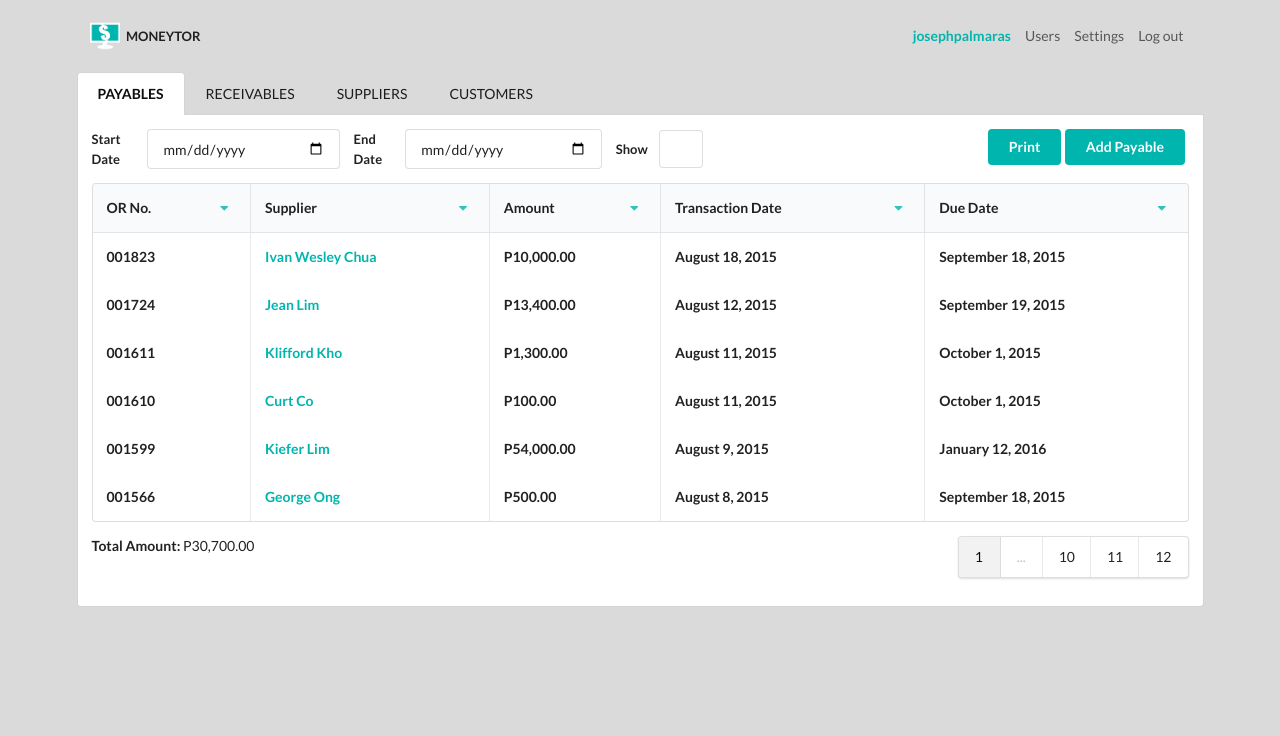
Repository: TV5/MoneyTor
Page: Workspace/MoneyTor/war/main.html
An editor plug-in stored every save of this project. The page is shown before and after the next save, followed by the edit.
The browser window is 1280 px wide. The pictures show the whole page.

Above is the page before, as saved 2015-08-19 14:44:20.

### Workspace/MoneyTor/war/main.html
<!DOCTYPE html>
<html>
<head>
  <!-- Standard Meta -->
  <meta charset="utf-8" />
  <meta http-equiv="X-UA-Compatible" content="IE=edge,chrome=1" />
  <meta name="viewport" content="width=device-width, initial-scale=1.0, maximum-scale=1.0">

  <!-- Site Properities -->
  <title>Main Page</title>
  <link rel="stylesheet" type="text/css" href="../dist/components/reset.css">
  <link rel="stylesheet" type="text/css" href="../dist/components/site.css">

  <link rel="stylesheet" type="text/css" href="../dist/components/container.css">
  <link rel="stylesheet" type="text/css" href="../dist/components/grid.css">
  <link rel="stylesheet" type="text/css" href="../dist/components/header.css">
  <link rel="stylesheet" type="text/css" href="../dist/components/image.css">
  <link rel="stylesheet" type="text/css" href="../dist/components/menu.css">

  <link rel="stylesheet" type="text/css" href="../dist/components/divider.css">
  <link rel="stylesheet" type="text/css" href="../dist/components/segment.css">
  <link rel="stylesheet" type="text/css" href="../dist/components/form.css">
  <link rel="stylesheet" type="text/css" href="../dist/components/input.css">
  <link rel="stylesheet" type="text/css" href="../dist/components/button.css">
  <link rel="stylesheet" type="text/css" href="../dist/components/list.css">
  <link rel="stylesheet" type="text/css" href="../dist/components/message.css">
  <link rel="stylesheet" type="text/css" href="../dist/components/icon.css">
  <link rel="stylesheet" type="text/css" href="../dist/components/tab.min.css">
  <link rel="stylesheet" type="text/css" href="../dist/components/table.min.css">
  <link rel="stylesheet" type="text/css" href="../dist/components/modal.min.css">
  <link rel="stylesheet" type="text/css" href="../dist/components/dimmer.min.css">
  <link rel="stylesheet" type="text/css" href="../dist/components/transition.min.css">
  <script src="assets/library/jquery.min.js"></script>
  <script src="../dist/components/form.js"></script>
  <script src="../dist/components/transition.js"></script>
  <script src="../dist/components/tab.min.js"></script>
  <script src="../dist/components/modal.min.js"></script>
  <script src="../dist/components/dimmer.min.js"></script>
  <script src="../dist/components/transition.min.js"></script>

  <style type="text/css">
    body {
      background-color: #DADADA;
    }
    body > .grid {
      height: 100%;
    }
    .image {
      margin-top: -100px;
    }
    .column {
      max-width: 450px;
    }
    .firstmenu {
    	padding-left: 20px;
    	padding-right: 20px;
    	padding-top: 0px;
    }
    a {
    	color: #00b5ad;
    }
    .link {
    	color: #00b5ad !important;
    }
  </style>
</head>
<body>


<div class="ui container">
	<div class="ui text menu firstmenu" width="100%">
	  <img src="assets/images/logo.png" style="width:30px;height:30px;margin-top:5px">
	  <div class="header item">MONEYTOR </div>


	  <div class="right menu">
	   <a class="item link">
	     <b>josephpalmaras</b>
	   </a>
	   <a class="item">
	     Users
	   </a>
	   <a id="settingsLink" class="item">
	     Settings
	   </a>
	   <a class="ui item">
	      Log out
	    </a>
	  </div>

	</div>
	<div class="ui top attached tabular menu">
	  <a data-tab="payablesTab" class="item active" >
	    PAYABLES
	  </a>
	  <a data-tab="receivablesTab" class="item">
	    RECEIVABLES
	  </a>
	  <a data-tab="suppliersTab" class="item">
	    SUPPLIERS
	  </a>
	  <a data-tab="customersTab" class="item">
	    CUSTOMERS
	  </a>
	</div>

	<div class="ui bottom attached active tab segment" data-tab="payablesTab" style="padding-bottom:50px">
	  <div class="ui form ">
	  	<div class="inline fields" style="float:left">
	  	<div class="six wide field">
	      <label>Start Date</label>
	      <input type="date">
	    </div>
	    <div class="six wide field">
	      <label>End Date</label>
	      <input type="date">
	    </div>

	    <div class="two wide field">
	      <label>Show</label>
	      <input type="number">
	    </div>
	    </div>
	    <div class="three wide feild" style="float:right">
	      <button id="addPayableBtn" class="ui button teal">Add Payable</button>
	    </div>
	    <div class="three wide feild" style="float:right">
		    <button class="ui button teal">Print</button>
	    </div>
	  </div>
	  <table class="ui celled padded table">
	  <thead>
	    <tr>
	    <th>OR No. <i class="dropdown icon link" style="float:right"></i></th>
	    <th>Supplier <i class="dropdown icon link" style="float:right"></i></th>
	    <th>Amount <i class="dropdown icon link" style="float:right"></i></th>
	    <th>Transaction Date <i class="dropdown icon link" style="float:right"></i></th>
	    <th>Due Date <i class="dropdown icon link" style="float:right"></i></th>
	  	</tr>
	  </thead>
	  <tbody>
	  	<tr>
	    <th>001823</th>
	    <th><a href="#">Ivan Wesley Chua</a></th>
	    <th>P10,000.00</th>
	    <th>August 18, 2015</th>
	    <th>September 18, 2015</th>
	  	</tr>
	  	<tr>
	    <th>001724</th>
	    <th><a href="#">Jean Lim</a></th>
	    <th>P13,400.00</th>
	    <th>August 12, 2015</th>
	    <th>September 19, 2015</th>
	  	</tr>
	  	<tr>
	    <th>001611</th>
	    <th><a href="#">Klifford Kho</a></th>
	    <th>P1,300.00</th>
	    <th>August 11, 2015</th>
	    <th>October 1, 2015</th>
	  	</tr>
	  	<tr>
	    <th>001610</th>
	    <th><a href="#">Curt Co</a></th>
	    <th>P100.00</th>
	    <th>August 11, 2015</th>
	    <th>October 1, 2015</th>
	  	</tr>
	  	<tr>
	    <th>001599</th>
	    <th><a href="#">Kiefer Lim</a></th>
	    <th>P54,000.00</th>
	    <th>August 9, 2015</th>
	    <th>January 12, 2016</th>
	  	</tr>
	  	<tr>
	    <th>001566</th>
	    <th><a href="#">George Ong</a></th>
	    <th>P500.00</th>
	    <th>August 8, 2015</th>
	    <th>September 18, 2015</th>
	  	</tr>
	  </tbody>
	  </table>
	<div class="ui pagination menu right" style="float:right">
	  <a class="active item">
	    1
	  </a>
	  <div class="disabled item">
	    ...
	  </div>
	  <a class="item">
	    10
	  </a>
	  <a class="item">
	    11
	  </a>
	  <a class="item">
	    12
	  </a>
	</div>
	<b>Total Amount: </b> P30,700.00</p>
	</div>

		<div class="ui bottom attached tab segment" data-tab="receivablesTab" style="padding-bottom:50px">
				  <div class="ui form ">
		  	<div class="inline fields" style="float:left">
		  	<div class="eight wide field">
		      <label>Start Date</label>
		      <input type="date">
		    </div>
		    <div class="eight wide field">
		      <label>End Date</label>
		      <input type="date">
		    </div>
		    </div>
		    <div class="three wide feild" style="float:right">
		      <button id="addPayableBtn" class="ui button teal">Add Receivable</button>
		    </div>
		    <div class="three wide feild" style="float:right">
			    <button class="ui button teal">Print</button>
		    </div>
		  </div>
		  <table class="ui celled padded table">
		  <thead>
		    <tr>
		    <th>OR No. <i class="dropdown icon link" style="float:right"></i></th>
		    <th>Customer <i class="dropdown icon link" style="float:right"></i></th>
		    <th>Amount <i class="dropdown icon link" style="float:right"></i></th>
		    <th>Transaction Date <i class="dropdown icon link" style="float:right"></i></th>
		    <th>Due Date <i class="dropdown icon link" style="float:right"></i></th>
		  	</tr>
		  </thead>
		  <tbody>
		  	<tr>
		    <th>001823</th>
		    <th><a href="#">Ivan Wesley Chua</a></th>
		    <th>P10,000.00</th>
		    <th>August 18, 2015</th>
		    <th>September 18, 2015</th>
		  	</tr>
		  	<tr>
		    <th>001724</th>
		    <th><a href="#">Jean Lim</a></th>
		    <th>P13,400.00</th>
		    <th>August 12, 2015</th>
		    <th>September 19, 2015</th>
		  	</tr>
		  	<tr>
		    <th>001611</th>
		    <th><a href="#">Klifford Kho</a></th>
		    <th>P1,300.00</th>
		    <th>August 11, 2015</th>
		    <th>October 1, 2015</th>
		  	</tr>
		  	<tr>
		    <th>001610</th>
		    <th><a href="#">Curt Co</a></th>
		    <th>P100.00</th>
		    <th>August 11, 2015</th>
		    <th>October 1, 2015</th>
		  	</tr>
		  	<tr>
		    <th>001599</th>
		    <th><a href="#">Kiefer Lim</a></th>
		    <th>P54,000.00</th>
		    <th>August 9, 2015</th>
		    <th>January 12, 2016</th>
		  	</tr>
		  	<tr>
		    <th>001566</th>
		    <th><a href="#">George Ong</a></th>
		    <th>P500.00</th>
		    <th>August 8, 2015</th>
		    <th>September 18, 2015</th>
		  	</tr>
		  </tbody>
		  </table>
		<div class="ui pagination menu right" style="float:right">
		  <a class="active item">
		    1
		  </a>
		  <div class="disabled item">
		    ...
		  </div>
		  <a class="item">
		    10
		  </a>
		  <a class="item">
		    11
		  </a>
		  <a class="item">
		    12
		  </a>
		</div>
		<b>Total Amount: </b> P30,700.00</p>
	</div>
		<div class="ui bottom attached tab segment" data-tab="suppliersTab" style="padding-bottom:50px">
			<table class="ui celled padded table">
			  <thead>
			    <tr>
			    <th>Name <i class="dropdown icon link" style="float:right"></i></th>
			    <th>Address <i class="dropdown icon link" style="float:right"></i></th>
			    <th>Contact <i class="dropdown icon link" style="float:right"></i></th>
			    <th>Terms <i class="dropdown icon link" style="float:right"></i></th>
			    <th>Date Created <i class="dropdown icon link" style="float:right"></i></th>
			    <th>Date Updated <i class="dropdown icon link" style="float:right"></i></th>
			  	</tr>
			  </thead>
			  <tbody>

			  </tbody>
			  </table>
		  <button class="ui button teal">Add Suppliers</button>
			<div class="ui pagination menu right" style="float:right">
			  <a class="active item">
			    1
			  </a>
			  <div class="disabled item">
			    ...
			  </div>
			  <a class="item">
			    10
			  </a>
			  <a class="item">
			    11
			  </a>
			  <a class="item">
			    12
			  </a>
			</div>
		</div>
		<div class="ui bottom attached tab segment" data-tab="customersTab" style="padding-bottom:50px">
						<table class="ui celled padded table">
			  <thead>
			    <tr>
			    <th>Name <i class="dropdown icon link" style="float:right"></i></th>
			    <th>Address <i class="dropdown icon link" style="float:right"></i></th>
			    <th>Contact <i class="dropdown icon link" style="float:right"></i></th>
			    <th>Terms <i class="dropdown icon link" style="float:right"></i></th>
			    <th>Date Created <i class="dropdown icon link" style="float:right"></i></th>
			    <th>Date Updated <i class="dropdown icon link" style="float:right"></i></th>
			  	</tr>
			  </thead>
			  <tbody>

			  </tbody>
			  </table>
			   <button class="ui button teal">Add Customers</button>
			<div class="ui pagination menu right" style="float:right">
			  <a class="active item">
			    1
			  </a>
			  <div class="disabled item">
			    ...
			  </div>
			  <a class="item">
			    10
			  </a>
			  <a class="item">
			    11
			  </a>
			  <a class="item">
			    12
			  </a>
			</div>
		</div>
	</div>


<div id="userSettings" class="ui modal">
  <div class="header">User Settings</div>
  <div class="content">
    <form class="ui form">

    	<div class="inline fields">
		    <div class="two wide field">
		      <label>Username</label>
		    </div>
		    <div class="fourteen wide field">
		      josephpalmaras
		    </div>
		</div>

		<div class="inline fields">
		    <div class="two wide field">
		      <label>Password</label>
		    </div>
		    <div class="fourteen wide field">
		      <text>****** </text> <a href="#">change password</a>
		    </div>
		</div>

		<div class="inline fields">
		    <div class="two wide field">
		      <label>Name</label>
		    </div>
		    <div class="fourteen wide field">
		      <input type="text" value="Joseph Gabriell Palmaras"/>
		    </div>
		</div>
    </form>
  </div>
		<div class="actions">
			<div class="ui approve button teal">Save</div>
		    <div class="ui cancel button teal">Cancel</div>
		</div>
</div>

<!-- PAYABLE INFORMATION -->
<div id="addPayable" class="ui modal">
  <div class="header">Account Payable</div>
  <div class="content">
    <form class="ui form">

    	<div class="inline fields">
		    <div class="two wide field">
		      <label>Supplier Name</label>
		    </div>
		    <div class="fourteen wide field">
		      <input type="text">
		    </div>
		</div>

    	<div class="inline fields">
		    <div class="two wide field">
		      <label>Official Receipt Number</label>
		    </div>
		    <div class="fourteen wide field">
		      <input type="text">
		    </div>
		</div>

		<div class="inline fields">
		    <div class="two wide field">
		      <label>Amount</label>
		    </div>
		    <div class="fourteen wide field">
		      <input type="number">
		    </div>
		</div>

		<div class="inline fields">
		    <div class="two wide field">
		      <label>Transaction Date</label>
		    </div>
		    <div class="fourteen wide field">
		      <input type="date">
		    </div>
		</div>

		<div class="inline fields">
		    <div class="two wide field">
		      <label>Due Date</label>
		    </div>
		    <div class="fourteen wide field">
		      <input type="date">
		    </div>
		</div>


    </form>
  </div>
  <div class="actions">
    <div class="ui approve button teal">Save</div>
    <div class="ui button teal">Add More</div>
    <div class="ui cancel button teal">Cancel</div>
  </div>
</div>


<!-- SUPPLIER INFORMATION
<div id="addPayable" class="ui modal">
  <div class="header">Supplier</div>
  <div class="content">
    <form class="ui form">

    	<div class="inline fields">
		    <div class="two wide field">
		      <label>Name</label>
		    </div>
		    <div class="fourteen wide field">
		      <input type="text">
		    </div>
		</div>

    	<div class="inline fields">
		    <div class="two wide field">
		      <label>Address</label>
		    </div>
		    <div class="fourteen wide field">
		      <input type="text">
		    </div>
		</div>

    	<div class="inline fields">
		    <div class="two wide field">
		      <label>Contact Number</label>
		    </div>
		    <div class="fourteen wide field">
		      <input type="text">
		    </div>
		</div>

    	<div class="inline fields">
		    <div class="two wide field">
		      <label>Terms</label>
		    </div>
		    <div class="seven wide field">
		      <input type="number">
		    </div>
		    <div class="seven wide field">
		      <select class="ui fluid dropdown">
    			<option value="">days</option>
    			<option value="">weeks</option>
    			<option value="">months</option>
    			<option value="">years</option>
    		  </select>
		    </div>
		</div>

    </form>
  </div>
  <div class="actions">
    <div class="ui approve button">Save</div>
    <div class="ui button">Add More</div>
    <div class="ui cancel button">Cancel</div>
  </div>
</div> -->

</body>
<script type="text/javascript">

/* 	$('.ui .item').on('click', function() {
	    $('.ui .item').removeClass('active');
	    $(this).addClass('active');
	});  */

	$('.top.menu .item').tab();

	$('#addPayableBtn').click(function(){
		$('#addPayable').modal('show');
	});

	$('#settingsLink').click(function(){
		$('#userSettings').modal('show');
	});

</script>
</html>

### Workspace/MoneyTor/war/dist/components/site.css
/*!
 * # Semantic UI 2.0.8 - Site
 * http://github.com/semantic-org/semantic-ui/
 *
 *
 * Copyright 2015 Contributors
 * Released under the MIT license
 * http://opensource.org/licenses/MIT
 *
 */


/*******************************
             Page
*******************************/

@import url('https://fonts.googleapis.com/css?family=Lato:400,700,400italic,700italic&subset=latin');
html,
body {
  height: 100%;
}
html {
  font-size: 14px;
}
body {
  margin: 0px;
  padding: 0px;
  overflow-x: hidden;
  min-width: 320px;
  background: #ffffff;
  font-family: 'Lato', 'Helvetica Neue', Arial, Helvetica, sans-serif;
  font-size: 14px;
  line-height: 1.4285em;
  color: rgba(0, 0, 0, 0.87);
  font-smoothing: antialiased;
}


/*******************************
             Headers
*******************************/

h1,
h2,
h3,
h4,
h5 {
  font-family: 'Lato', 'Helvetica Neue', Arial, Helvetica, sans-serif;
  line-height: 1.2857em;
  margin: calc(2rem -  0.14285em ) 0em 1rem;
  font-weight: bold;
  padding: 0em;
}
h1 {
  min-height: 1rem;
  font-size: 2rem;
}
h2 {
  font-size: 1.714rem;
}
h3 {
  font-size: 1.28rem;
}
h4 {
  font-size: 1.071rem;
}
h5 {
  font-size: 1rem;
}
h1:first-child,
h2:first-child,
h3:first-child,
h4:first-child,
h5:first-child {
  margin-top: 0em;
}
h1:last-child,
h2:last-child,
h3:last-child,
h4:last-child,
h5:last-child {
  margin-bottom: 0em;
}


/*******************************
             Text
*******************************/

p {
  margin: 0em 0em 1em;
  line-height: 1.4285em;
}
p:first-child {
  margin-top: 0em;
}
p:last-child {
  margin-bottom: 0em;
}

/*-------------------
        Links
--------------------*/

a {
  color: #4183c4;
  text-decoration: none;
}
a:hover {
  color: #1e70bf;
  text-decoration: none;
}


/*******************************
          Highlighting
*******************************/


/* Site */
::-webkit-selection {
  background-color: #cce2ff;
  color: rgba(0, 0, 0, 0.87);
}
::-moz-selection {
  background-color: #cce2ff;
  color: rgba(0, 0, 0, 0.87);
}
::selection {
  background-color: #cce2ff;
  color: rgba(0, 0, 0, 0.87);
}

/* Form */
textarea::-webkit-selection,
input::-webkit-selection {
  background-color: rgba(100, 100, 100, 0.4);
  color: rgba(0, 0, 0, 0.87);
}
textarea::-moz-selection,
input::-moz-selection {
  background-color: rgba(100, 100, 100, 0.4);
  color: rgba(0, 0, 0, 0.87);
}
textarea::selection,
input::selection {
  background-color: rgba(100, 100, 100, 0.4);
  color: rgba(0, 0, 0, 0.87);
}


/*******************************
        Global Overrides
*******************************/



/*******************************
         Site Overrides
*******************************/

### Workspace/MoneyTor/war/dist/components/container.css
/*!
 * # Semantic UI 2.0.8 - Container
 * http://github.com/semantic-org/semantic-ui/
 *
 *
 * Copyright 2015 Contributors
 * Released under the MIT license
 * http://opensource.org/licenses/MIT
 *
 */


/*******************************
            Container
*******************************/


/* All Sizes */
.ui.container {
  display: block;
  max-width: 100% !important;
}

/* Mobile */
@media only screen and (max-width: 767px) {
  .ui.container {
    width: auto;
    margin-left: 1em !important;
    margin-right: 1em !important;
  }
  .ui.grid.container {
    width: auto !important;
  }
}

/* Tablet */
@media only screen and (min-width: 768px) and (max-width: 991px) {
  .ui.container {
    width: 723px;
    margin-left: auto !important;
    margin-right: auto !important;
  }
  .ui.grid.container {
    width: calc( 723px  +  2em ) !important;
  }
}

/* Small Monitor */
@media only screen and (min-width: 992px) and (max-width: 1199px) {
  .ui.container {
    width: 933px;
    margin-left: auto !important;
    margin-right: auto !important;
  }
  .ui.grid.container {
    width: calc( 933px  +  2em ) !important;
  }
}

/* Large Monitor */
@media only screen and (min-width: 1200px) {
  .ui.container {
    width: 1127px;
    margin-left: auto !important;
    margin-right: auto !important;
  }
  .ui.grid.container {
    width: calc( 1127px  +  2em ) !important;
  }
}


/*******************************
             Types
*******************************/


/* Text Container */
.ui.text.container {
  font-family: 'Lato', 'Helvetica Neue', Arial, Helvetica, sans-serif;
  max-width: 700px !important;
  line-height: 1.5;
}
.ui.text.container {
  font-size: 1.14285714rem;
}

/* Fluid */
.ui.fluid.container {
  width: 100%;
}


/*******************************
           Variations
*******************************/

.ui[class*="left aligned"].container {
  text-align: left;
}
.ui[class*="center aligned"].container {
  text-align: center;
}
.ui[class*="right aligned"].container {
  text-align: right;
}
.ui.justified.container {
  text-align: justify;
  -webkit-hyphens: auto;
     -moz-hyphens: auto;
      -ms-hyphens: auto;
          hyphens: auto;
}


/*******************************
         Theme Overrides
*******************************/



/*******************************
         Site Overrides
*******************************/

Loaded but not shown: Workspace/MoneyTor/war/dist/components/tab.min.css (common file); Workspace/MoneyTor/war/dist/components/table.min.css (library); Workspace/MoneyTor/war/dist/components/modal.min.css (library); Workspace/MoneyTor/war/dist/components/dimmer.min.css (common file); Workspace/MoneyTor/war/dist/components/transition.min.css (library); Workspace/MoneyTor/war/assets/library/jquery.min.js (library); Workspace/MoneyTor/war/dist/components/tab.min.js (library); Workspace/MoneyTor/war/dist/components/modal.min.js (library); Workspace/MoneyTor/war/dist/components/dimmer.min.js (library); Workspace/MoneyTor/war/dist/components/transition.min.js (library); Workspace/MoneyTor/war/dist/components/form.js (1308 lines, source omitted); Workspace/MoneyTor/war/dist/components/transition.js (1072 lines, source omitted); Workspace/MoneyTor/war/dist/components/button.css (3230 lines, source omitted); Workspace/MoneyTor/war/dist/components/grid.css (1879 lines, source omitted); Workspace/MoneyTor/war/dist/components/icon.css (2601 lines, source omitted); Workspace/MoneyTor/war/dist/components/menu.css (1891 lines, source omitted); Workspace/MoneyTor/war/dist/components/form.css (994 lines, source omitted); Workspace/MoneyTor/war/dist/components/list.css (923 lines, source omitted); Workspace/MoneyTor/war/dist/components/segment.css (751 lines, source omitted); Workspace/MoneyTor/war/dist/components/header.css (721 lines, source omitted); Workspace/MoneyTor/war/dist/components/input.css (486 lines, source omitted); Workspace/MoneyTor/war/dist/components/message.css (462 lines, source omitted); Workspace/MoneyTor/war/dist/components/reset.css (423 lines, source omitted); Workspace/MoneyTor/war/dist/components/divider.css (260 lines, source omitted); Workspace/MoneyTor/war/dist/components/image.css (301 lines, source omitted)

After the next save:
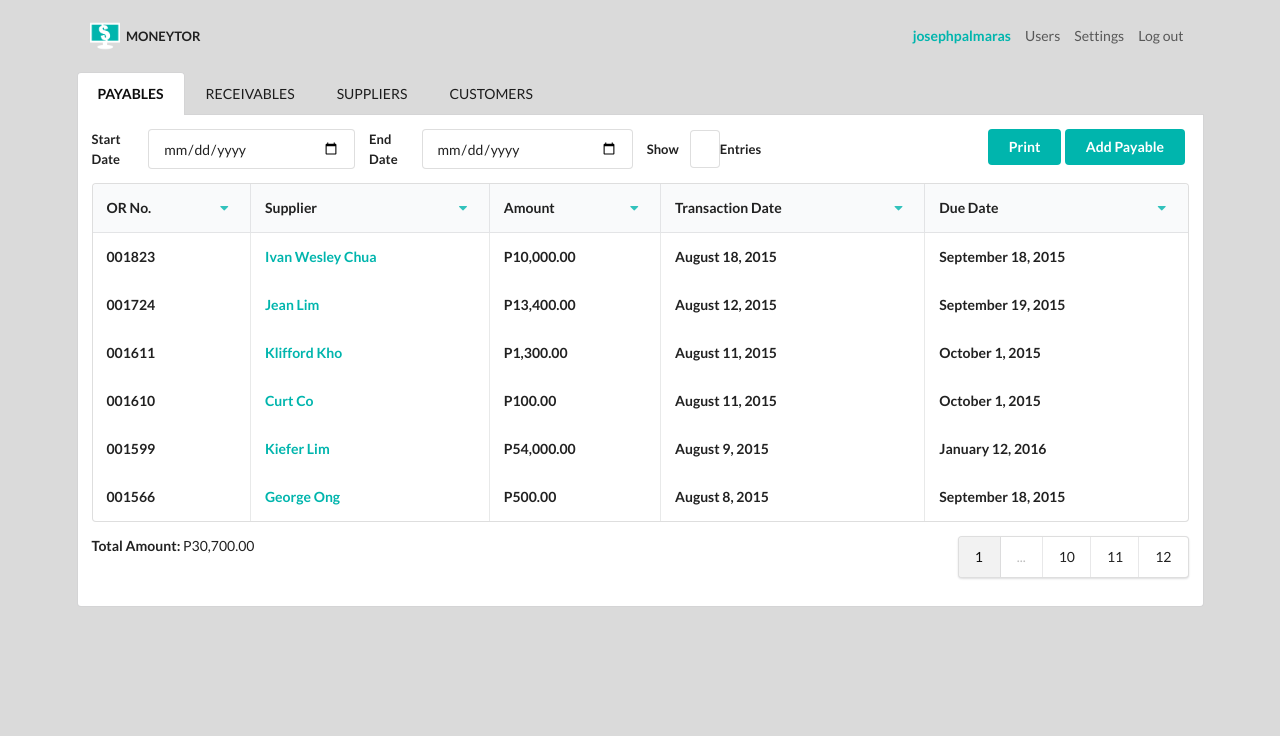
Saved 18 s later.
--- a/Workspace/MoneyTor/war/main.html
+++ b/Workspace/MoneyTor/war/main.html
@@ -118,7 +118,8 @@
 
 	    <div class="two wide field">
 	      <label>Show</label>
-	      <input type="number">
+	      <input type="number" value="10">
+	      <label>Entries</label>
 	    </div>
 	    </div>
 	    <div class="three wide feild" style="float:right">
